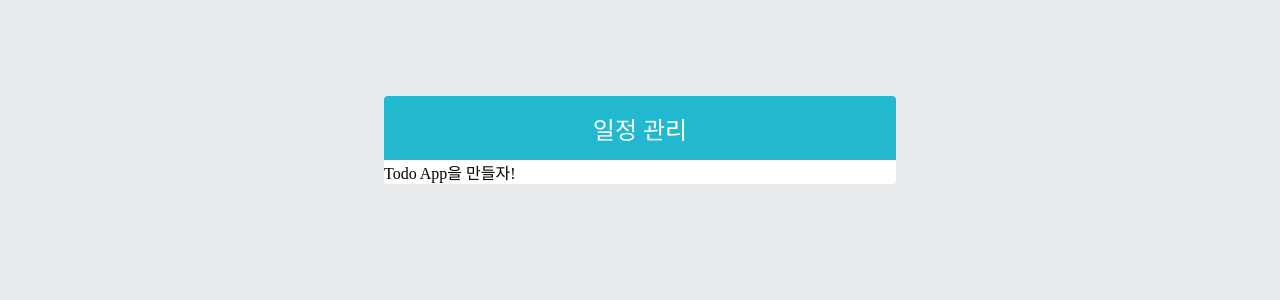
Repository: dhchun1203/React-TodoList-Project
Page: /
An editor plug-in stored every save of this project. The page is shown before and after the next save, followed by the edit.
The browser window is 1280 px wide. The pictures show the whole page.
The project was rebuilt for these pictures with package versions that can differ from the ones it lists, and the page was loaded fresh each time. Also part of the build but not shown: src/components/TodoInsert.scss.

Above is the page before, as saved 2021-02-16 12:25:28.

### src/App.js
import React from 'react';
import TodoTemplate from './TodoTemplate';

const App = () => {
  return <TodoTemplate>Todo App을 만들자!</TodoTemplate>;
};

export default App;

### src/TodoTemplate.js
// 화면을 가운데에 정렬, 앱 타이틀(일정 관리)을 보여줌. children으로 내부 JSX를 props로 받아 와서 렌더링.
import React from 'react';
import './TodoTemplate.scss';

const TodoTemplate = ({ children }) => {
  return (
    <div className="TodoTemplate">
      <div className="app-title">일정 관리</div>
      <div className="content">{children}</div>
    </div>
  );
};

export default TodoTemplate;

### src/components/TodoTemplate.scss
.TodoTemplate {
  width: 512px;
  margin-left: auto;
  margin-right: auto;
  margin-top: 6rem;
  border-radius: 4px;
  overflow: hidden;
}

.app-title {
  background: #22b8cf;
  color: white;
  height: 4rem;
  font-size: 1.5rem;
  display: flex;
  align-items: center;
  justify-content: center;
}

.content {
  background: white;
}

### src/components/TodoInsert.js
import React from 'react';
import { MdAdd } from 'react-icons/md';
import './TodoInsert.scss';

const TodoInsert = () => {
  return (
    <form className="TodoInsert">
      <input placeholder="할 일을 입력하세요" />
      <button type="submit">
        <MdAdd />
      </button>
    </form>
  );
};

export default TodoInsert;

Loaded but not shown: public/index.html (common file); src/index.js (common file); src/index.css (common file); src/reportWebVitals.js (common file)

After the next save:
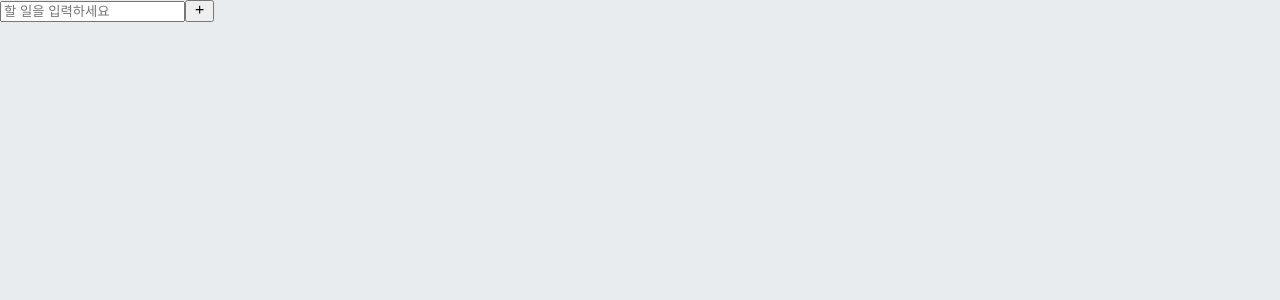
Saved 19 s later.
--- a/src/App.js
+++ b/src/App.js
@@ -1,8 +1,9 @@
 import React from 'react';
+import TodoInsert from './components/TodoInsert';
 import TodoTemplate from './TodoTemplate';
 
 const App = () => {
-  return <TodoTemplate>Todo App을 만들자!</TodoTemplate>;
+  return <TodoInsert>Todo App을 만들자!</TodoInsert>;
 };
 
 export default App;
